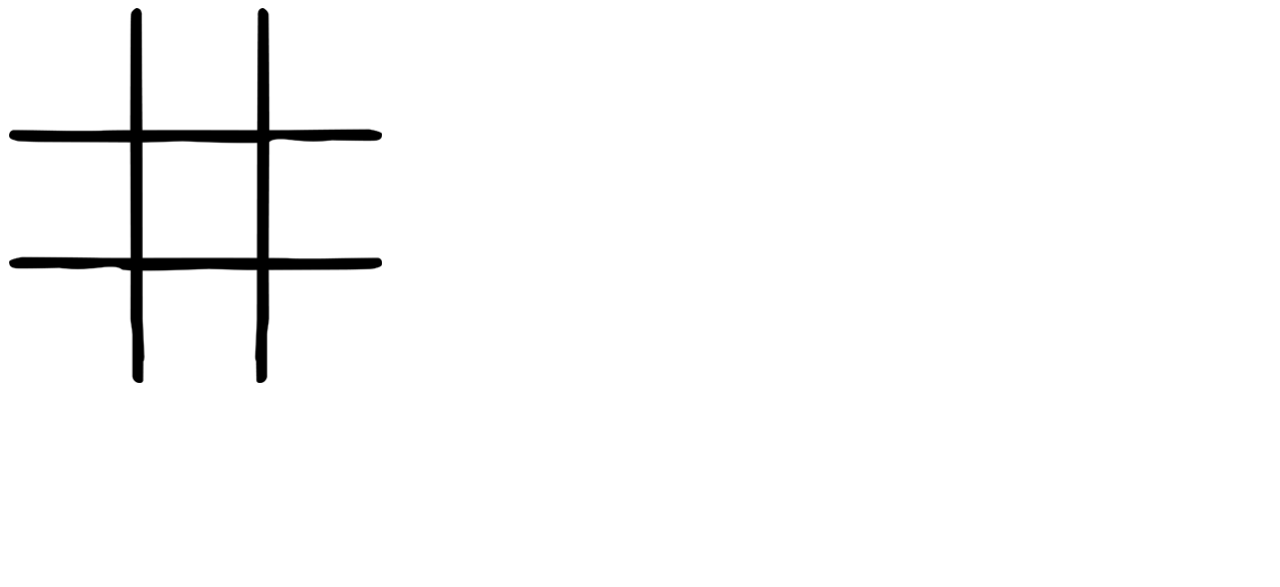
Repository: patrykcode/tic-tac-toe
Page: index.html
The author's editor kept a copy of each file at every save. The page is drawn from the files as they stood at one save, then again after the next save.
The browser window is 1280 px wide. The pictures show the whole page.

Above is the page before, as saved 2020-09-20 11:49:04.

### index.html
<!DOCTYPE html>
<html lang="pl">
  <head>
    <meta charset="UTF-8" />
    <meta name="viewport" content="width=device-width, initial-scale=1.0" />
    <title>Gra kółko i krzyżyk</title>
    <script src="https://cdn.jsdelivr.net/npm/vue"></script>
  </head>
  <body>
    <div id="xogame">
      <template v-for="(y,i1) in sqm">
        <template v-for="(val,i2) in y">
          <label :for="'s'+i1+i2" class="sqm" :ref="'s'+i1+i2">
            <input
              type="checkbox"
              :id="'s'+i1+i2"
              v-model="sqm[i1][i2]"
              :disabled="sqm[i1][i2]"
              @input="checkBox(i1,i2)"
              style="display: none"
            />
          </label>
        </template>
        <br />
      </template>
    </div>
    <style>
      *,
      ::after,
      ::before {
        box-sizing: border-box;
      }
      #xogame {
        width: 375px;
        height: 375px;
        text-align: center;
        background-image: url(plansza.png);
        background-size: contain;
        background-repeat: no-repeat;
        background-position: center;
      }
      .sqm {
        display: inline-block;
        width: 113px;
        height: 115px;
        margin: 4px 6px;
      }
    </style>
    <script>
      function emptyArray(val, size) {
        let a = [];
        for (let y = 0; y <= size; y++) {
          a[y] = a[y] || [];
          for (let x = 0; x <= size; x++) {
            a[y][x] = val;
          }
        }
        return a;
      }

      const size = 2;
      new Vue({
        el: "#xogame",
        data() {
          return {
            size: size,
            sqm: emptyArray(false, size),
            box: emptyArray("", size),
            click: false,
            players: {
              0: {
                img: "o.png",
                n: "o",
              },
              1: {
                img: "x.png",
                n: "x",
              },
            },
          };
        },
        methods: {
          checkResult(arr) {
            const result = arr.filter(function (x, i, a) {
              return a.indexOf(x) == i;
            });
            if (result.length === 1 && ["x", "o"].indexOf(result[0]) !== -1) {
              const winer = this.players[!this.click ? 1 : 0].n;
              setTimeout(() => {
                alert("Wygrywa gracz: " + winer);
                this.reset();
              }, 100);

              return winer;
            }

          },
          remis(arr){
            const remis = arr.filter(function (x, i, a) {
              return a[i] === "";
            });
            if (remis.length===0) {
              setTimeout(() => {
                alert("REMIS");
                this.reset();
              }, 100);
            }
          },
          winer() {
            let right = [];
            let left = [];
            let all = [];
            for (let y = 0; y <= this.size; y++) {
              let verti = [];
              this.checkResult(this.box[y]);
              right.push(this.box[y][y]);
              for (let x = 0; x <= this.size; x++) {
                verti.push(this.box[x][y]);
                all.push(this.box[x][y]);
              }
              this.checkResult(verti);
            }
            this.checkResult(right);

            for (let y = 0; y <= this.size; y++) {
              for (let x = this.size; x >= 0; x--) {
                if (y === this.size - x) {
                  left.push(this.box[y][x]);
                }
              }
            }
            this.checkResult(left);
            this.remis(all)
          },
          checkBox(y, x) {
            if (this.box[y][x] === "") {
              this.$refs["s" + y + x][0].style['background-image'] = 'url('+this.players[
                this.click ? 1 : 0
              ].img+')';
              this.box[y][x] = this.click ? "x" : "o";
              //send socket after click
              this.click = !this.click;
            }
            this.winer();
          },
          clearBg() {
            for (let y = 0; y <= this.size; y++) {
              for (let x = 0; x <= this.size; x++) {
                this.$refs["s" + y + x][0].style['background-image'] = "none";
              }
            }
          },
          reset() {
            this.click = false;
            this.sqm = [];
            this.box = [];
            this.sqm = emptyArray(false, this.size);
            this.box = emptyArray("", this.size);
            this.clearBg();
          },
        },
      });
    </script>
  </body>
</html>

After the next save:
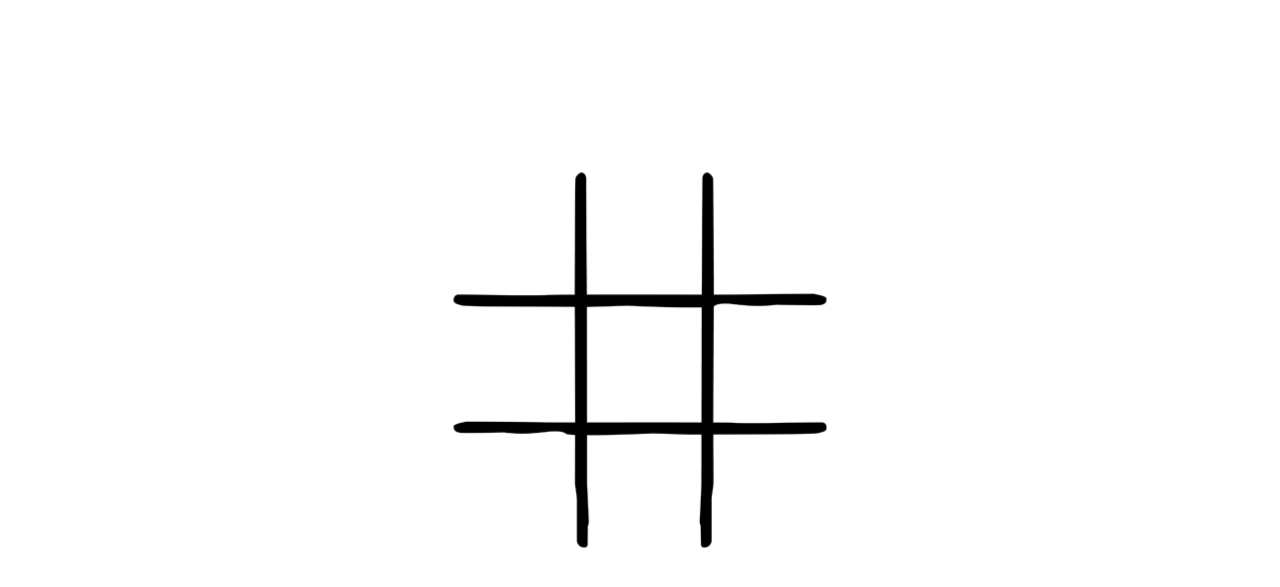
Saved 3 min 36 s later.
--- a/index.html
+++ b/index.html
@@ -38,6 +38,10 @@
         background-size: contain;
         background-repeat: no-repeat;
         background-position: center;
+        position: absolute;
+        top: 50%;
+        left: 50%;
+        transform: translate(-50%,-50%);
       }
       .sqm {
         display: inline-block;
